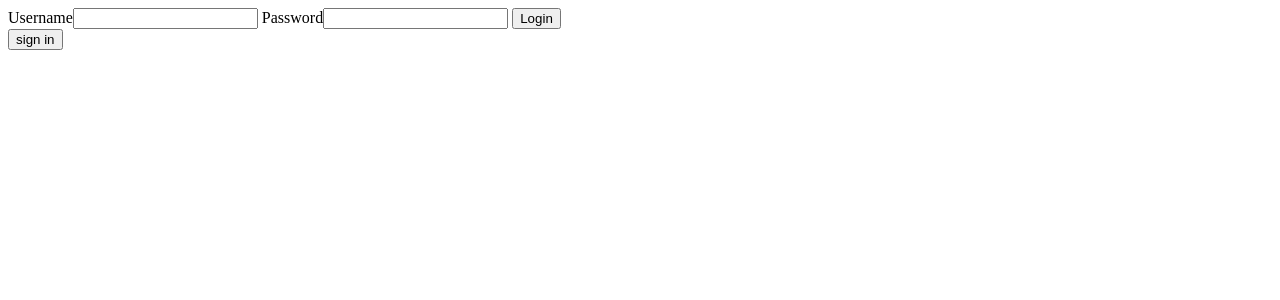
Repository: Strangeryoga/JSHS
Page: Servlet2/Form/src/main/webapp/new1.html
An editor plug-in stored every save of this project. The page is shown before and after the next save, followed by the edit.
The browser window is 1280 px wide. The pictures show the whole page.

Above is the page before, as saved 2023-06-07 18:39:06.

### Servlet2/Form/src/main/webapp/new1.html
<!DOCTYPE html>
<html>
<head>
<meta charset="UTF-8">
<title>Insert title here</title>
</head>
<body>

<form action="lu" method="get">

Username<input type="text" name="un">
Password<input type="text" name="ps">
<button>Login</button>



</form>

<form action="ul" method="post">
<button>sign in</button>
</form>


</body>
</html>

After the next save:
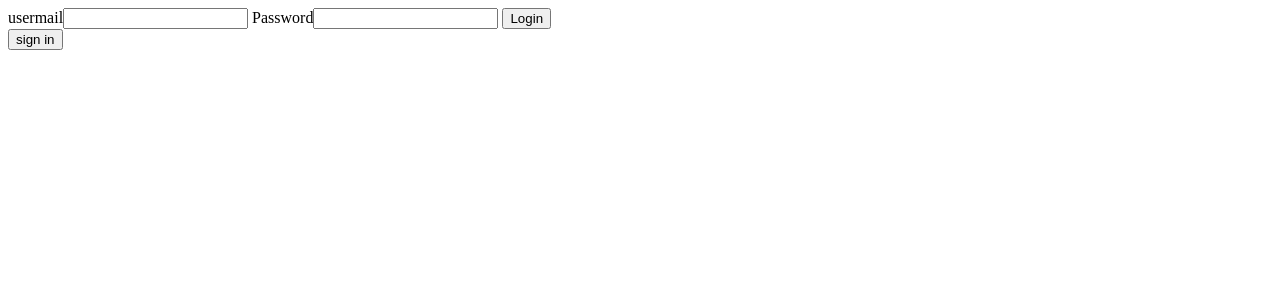
Saved 20 min 22 s later.
--- a/Servlet2/Form/src/main/webapp/new1.html
+++ b/Servlet2/Form/src/main/webapp/new1.html
@@ -8,7 +8,7 @@
 
 <form action="lu" method="get">
 
-Username<input type="text" name="un">
+usermail<input type="email" name="un">
 Password<input type="text" name="ps">
 <button>Login</button>
 
